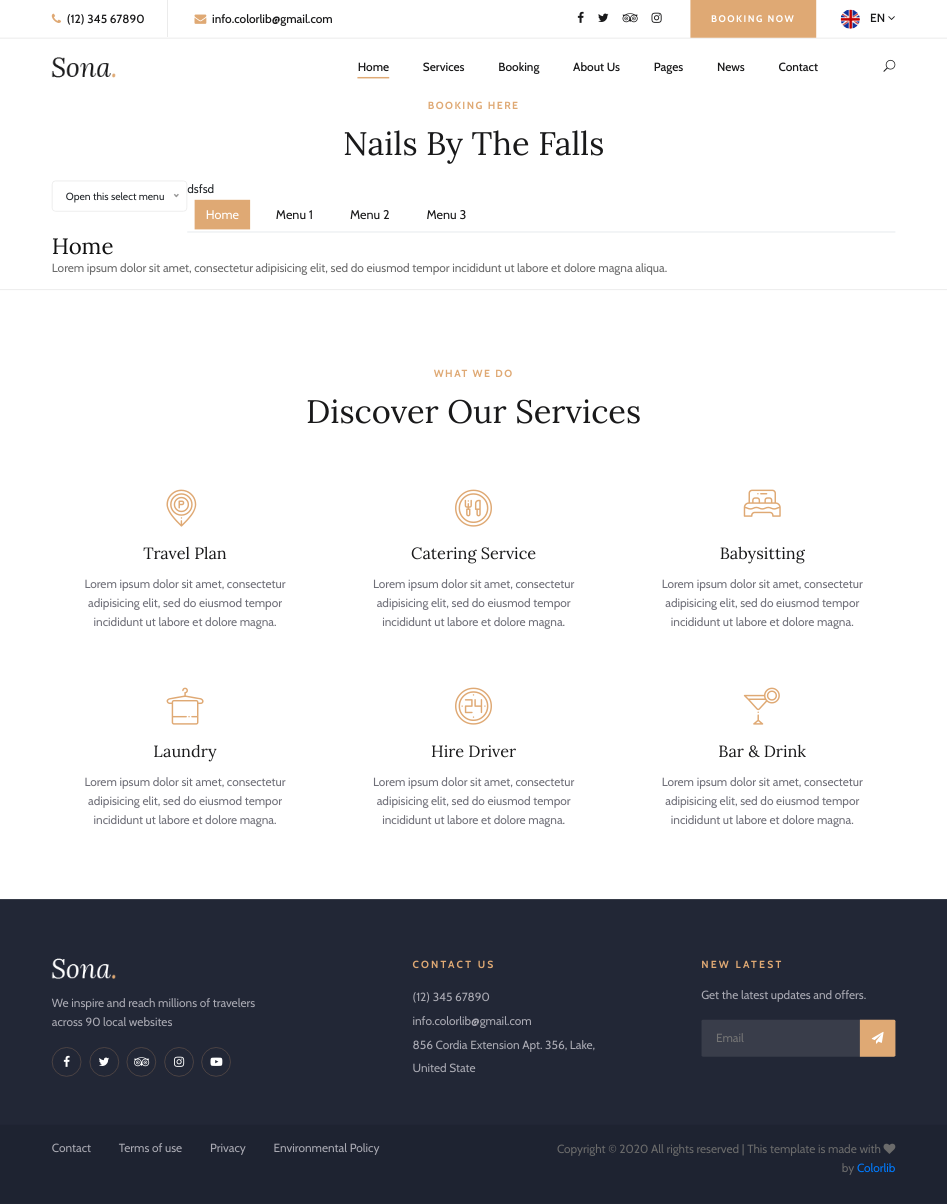
Repository: KeriBoss/Booking_Spa
Page: booking.html
An editor plug-in stored every save of this project. The page is shown before and after the next save, followed by the edit.
The browser window is 1280 px wide. The pictures show the whole page, at 74% of full size.

Above is the page before, as saved 2023-05-19 16:02:44.

After the next save:
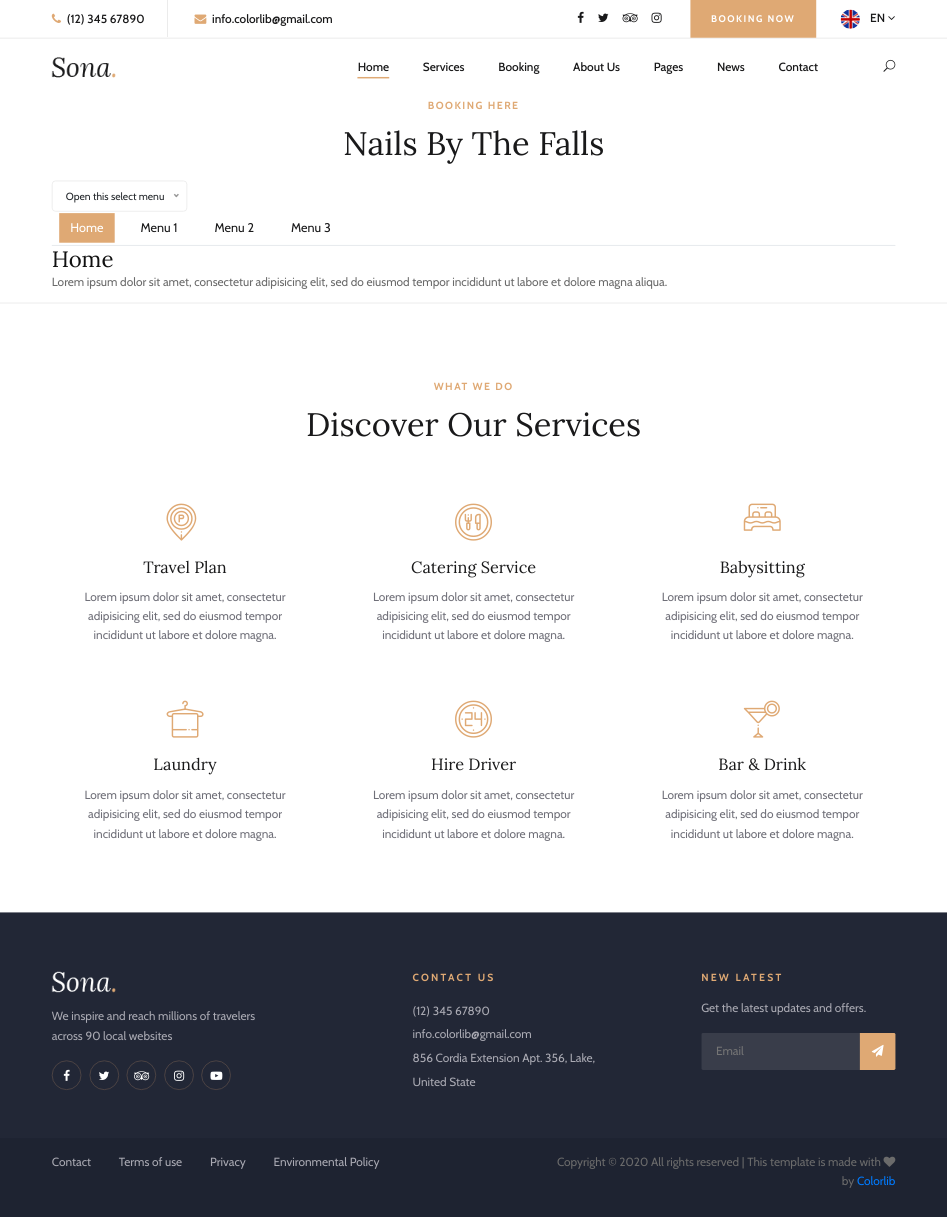
Saved 20 s later.
--- a/booking.html
+++ b/booking.html
@@ -177,15 +177,14 @@
                     </div>
                 </div>
                 <div class="col-lg-12">
-                    <div class="w-100">
-                        <select class="form-select" aria-label="Default select example">
-                            <option selected>Open this select menu</option>
-                            <option value="1">One</option>
-                            <option value="2">Two</option>
-                            <option value="3">Three</option>
-                          </select>
-                    </div>
-                    <div>dsfsd</div>
+                    <select class="form-select" aria-label="Default select example">
+                        <option selected>Open this select menu</option>
+                        <option value="1">One</option>
+                        <option value="2">Two</option>
+                        <option value="3">Three</option>
+                      </select>
+                </div>
+                <div class="col-lg-12">
                     <div class="card-booking">
                         <ul class="nav nav-tabs">
                             <li class="active"><a class="active" data-toggle="tab" href="#home">Home</a></li>
